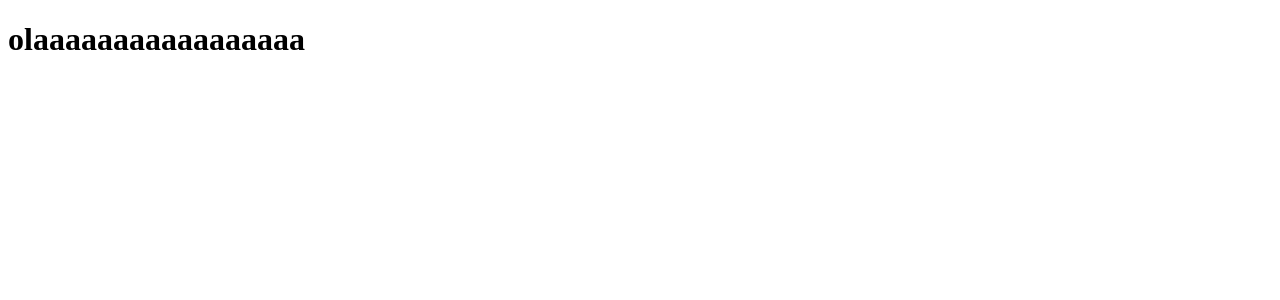
Repository: Danieloliver11/S.O.S-HUMANIDADE-BACK-END
Page: ACSocioambiental/eventoapp/src/main/resources/templates/evento/formEvento.html
The author's editor kept a copy of each file at every save. The page is drawn from the files as they stood at one save, then again after the next save.
The browser window is 1280 px wide. The pictures show the whole page.

Above is the page before, as saved 2021-04-02 17:56:26.

### ACSocioambiental/eventoapp/src/main/resources/templates/evento/formEvento.html
<!DOCTYPE html>
<html xmlns:th="http://thymeleaf.org" xmlns:layout="http://www.ultraq.net.nz/thymeleaf/layout">

<head>
    <meta charset="UTF-8">
    <meta http-equiv="X-UA-Compatible" content="IE=edge">
    <meta name="viewport" content="width=device-width, initial-scale=1.0">
    <title>Evento</title>
</head>

<body>
    <h1>olaaaaaaaaaaaaaaaaa</h1>
</body>

</html>

After the next save:
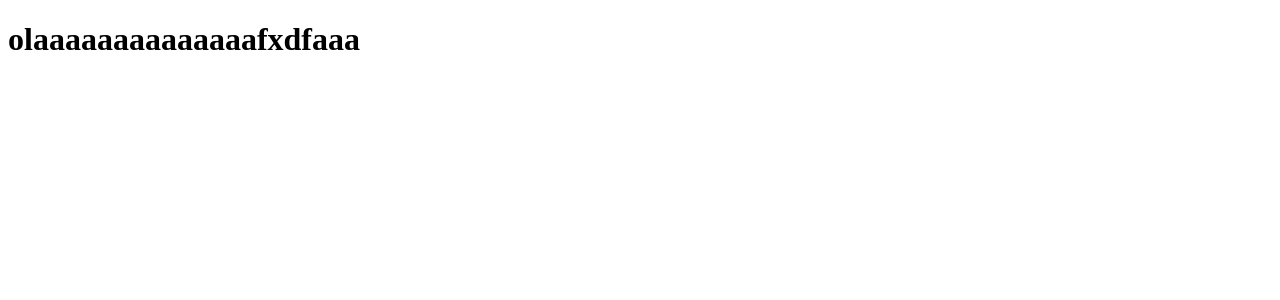
Saved 72 s later.
--- a/ACSocioambiental/eventoapp/src/main/resources/templates/evento/formEvento.html
+++ b/ACSocioambiental/eventoapp/src/main/resources/templates/evento/formEvento.html
@@ -9,7 +9,7 @@
 </head>
 
 <body>
-    <h1>olaaaaaaaaaaaaaaaaa</h1>
+    <h1>olaaaaaaaaaaaaaafxdfaaa</h1>
 </body>
 
 </html>
